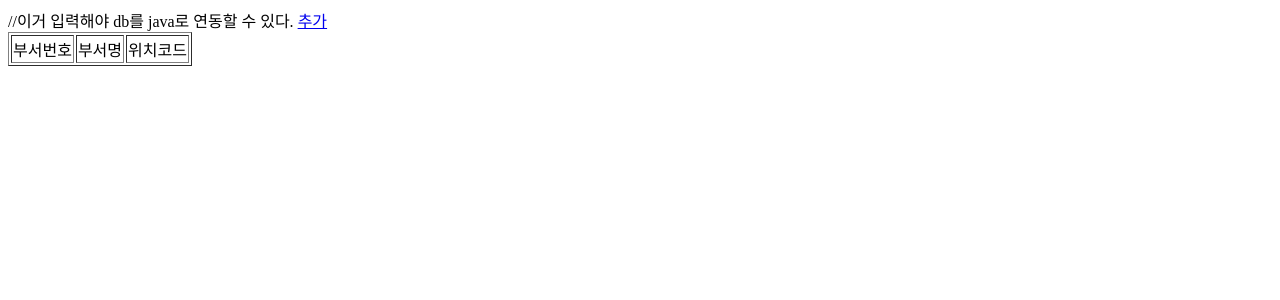
Repository: SuYOUNGgg/JavaStudy
Page: http://localhost/TestWeb13/list.jsp
These files come from the project's save history. The page is drawn as it stood at one moment and after the next save; the edit follows.
The browser window is 1280 px wide. The pictures show the whole page.
The page is served by Tomcat 9. Queries for data that is not in the repository find no rows.

Above is the page before, as saved 2020-05-19 06:34:24.

After the next save:
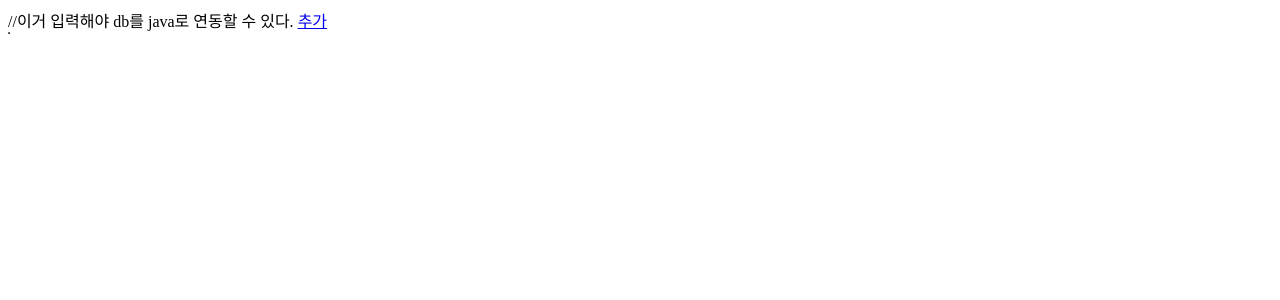
Saved 20 s later.
--- a/JavaProgramming/~0520/TestWeb13/WebContent/list.jsp
+++ b/JavaProgramming/~0520/TestWeb13/WebContent/list.jsp
@@ -19,11 +19,7 @@
 <body>
 	<a href="insert.jsp">추가</a>
 	<table border="1">
-	<tr>
-		<td>부서번호</td>
-		<td>부서명</td>
-		<td>위치코드</td>
-	</tr>
+
 	<%
 	while(rs.next()) {
 

After the save that followed:
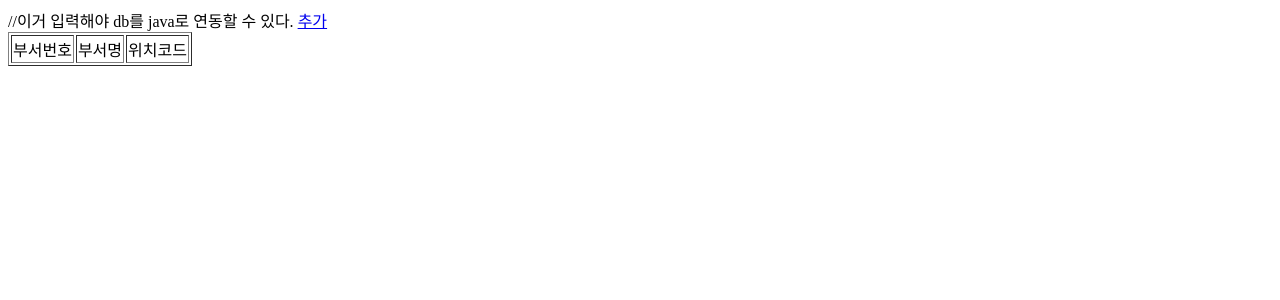
Saved 65 s later.
--- a/JavaProgramming/~0520/TestWeb13/WebContent/list.jsp
+++ b/JavaProgramming/~0520/TestWeb13/WebContent/list.jsp
@@ -19,9 +19,13 @@
 <body>
 	<a href="insert.jsp">추가</a>
 	<table border="1">
+	<tr>
+		<td>부서번호</td>
+		<td>부서명</td>
+		<td>위치코드</td>
+	</tr>
 
-	<%
-	while(rs.next()) {
+<%	while(rs.next()) {
 
 	%>
 		<tr>
